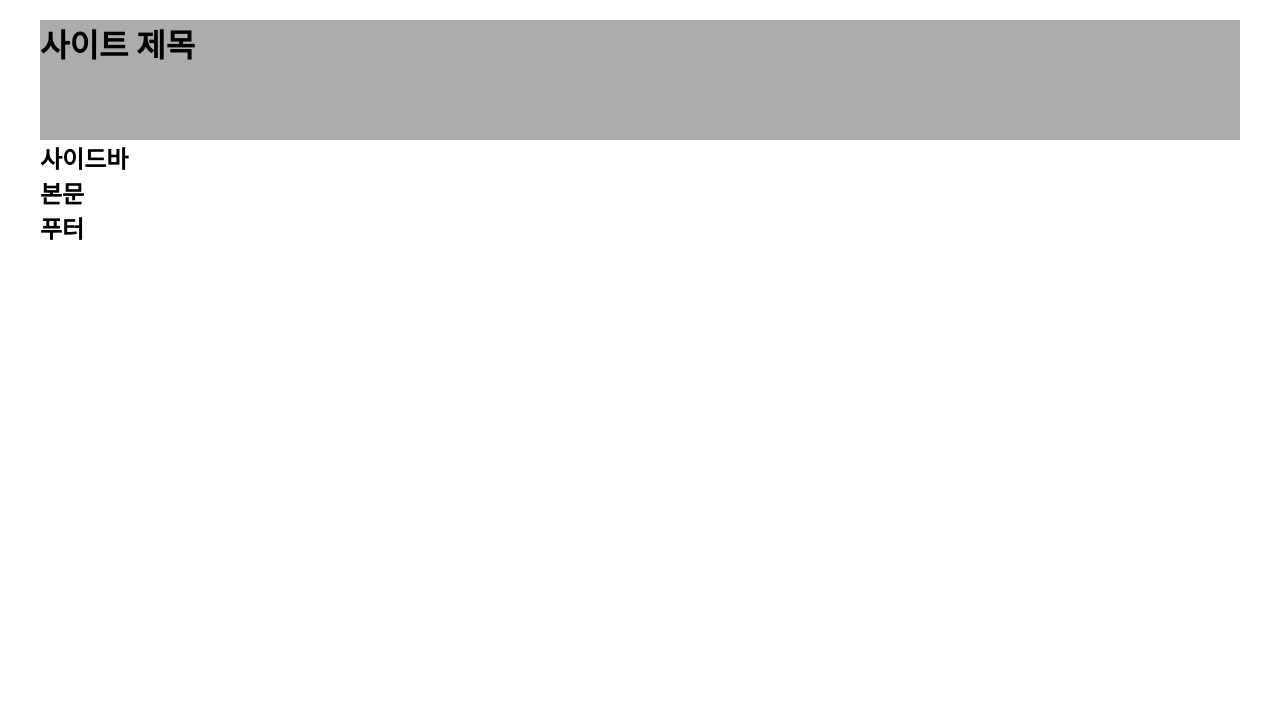
Repository: topyoungil/CodeMemories-ByJake
Page: HTML_CSS/WebContent/test/1003_css/2column.html
These files come from the project's save history. The page is drawn as it stood at one moment and after the next save; the edit follows.
The browser window is 1280 px wide. The pictures show the whole page.

Above is the page before, as saved 2022-10-03 06:22:31.

After the next save:
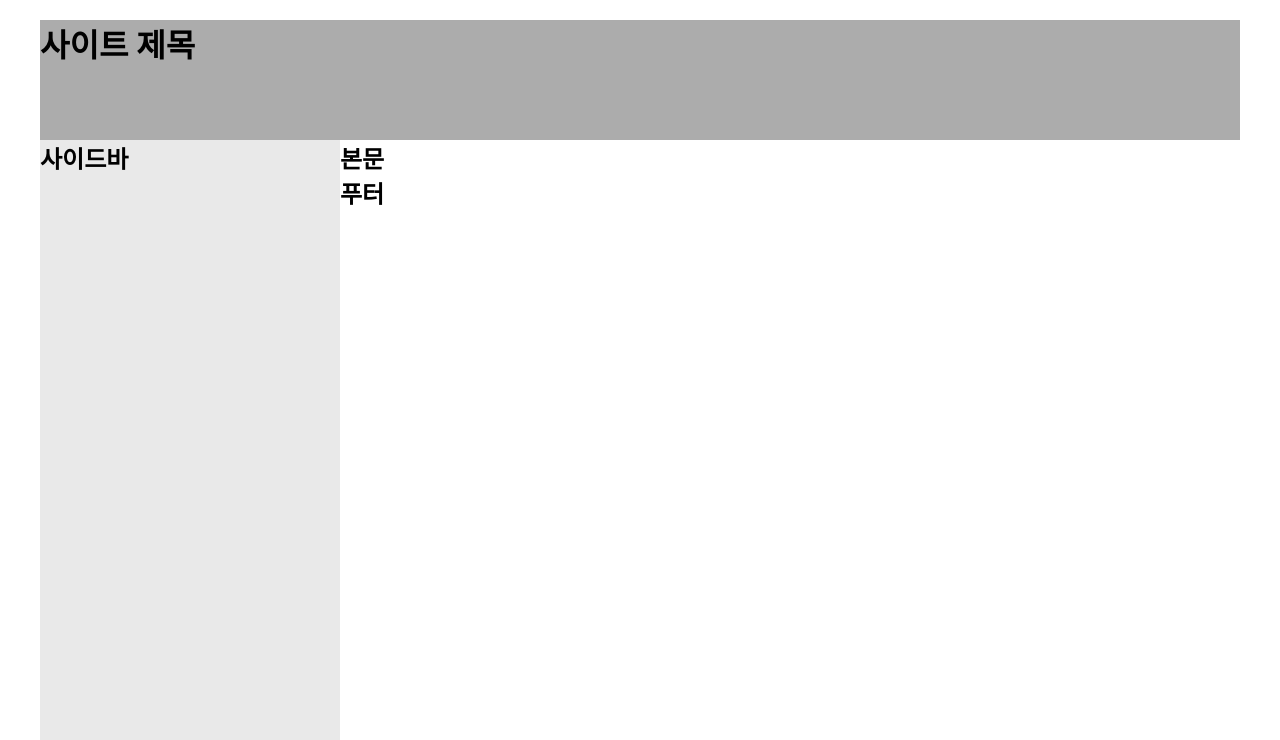
Saved 56 s later.
--- a/HTML_CSS/WebContent/test/1003_css/2column.html
+++ b/HTML_CSS/WebContent/test/1003_css/2column.html
@@ -20,6 +20,13 @@
 		height: 120px;
 		background-color: #acacac;
 	}
+
+	#sidebar {
+		width: 300px;
+		height: 600px;
+		background-color: #e9e9e9;
+		float: left;
+	}
 </style>
 </head>
 <body>
